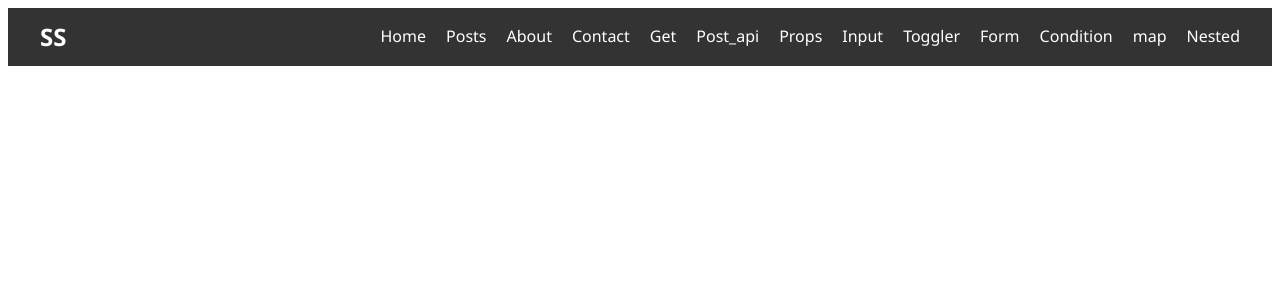
Repository: sshaiv/react_learn
Page: /postform
The author's editor kept a copy of each file at every save. The page is drawn from the files as they stood at one save, then again after the next save.
The browser window is 1280 px wide. The pictures show the whole page.
The project was rebuilt for these pictures with package versions that can differ from the ones it lists, and the page was loaded fresh each time. Also part of the build but not shown: src/components/Home.js, src/components/About.js, src/components/Contact.js, src/utils/data.js, src/components/Posts.js, src/components/PostDetails.js, src/components/Get.js, src/components/Users.js and 7 more.

Above is the page before, as saved 2024-07-07 20:12:57.

After the next save:
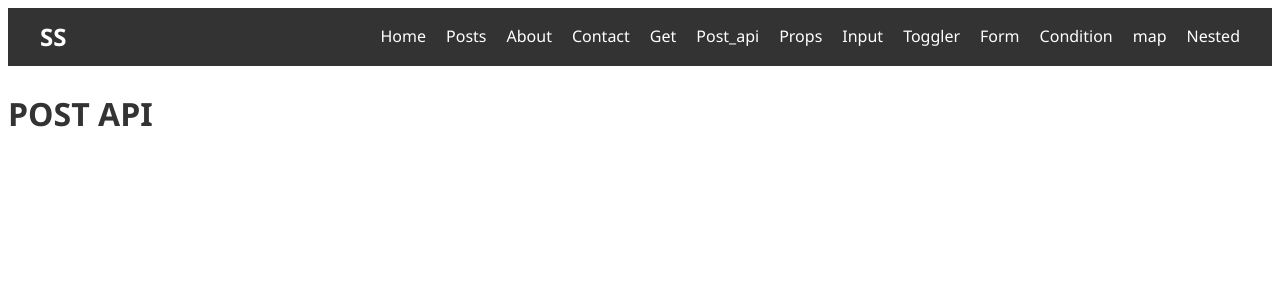
Saved 6 s later.
--- a/src/components/PostForm.js
+++ b/src/components/PostForm.js
@@ -9,7 +9,7 @@ const PostForm = () => {
 
   return (
     <div>
-        <h1></h1>
+        <h1>POST API</h1>
     </div>
   );
 };
